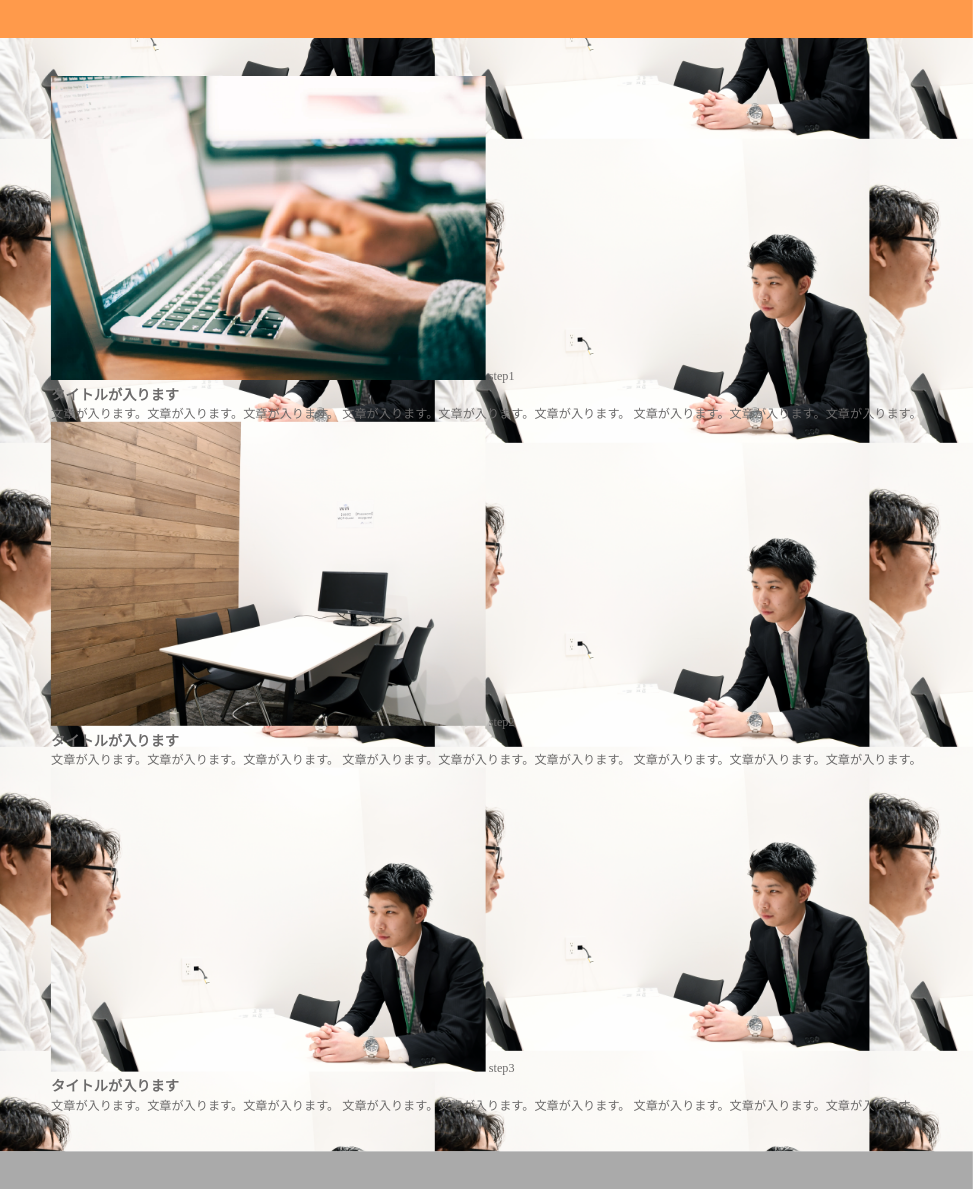
Repository: eyaonu/application2
Page: chapter9/answer9.html
The author's editor kept a record of every edit. The page is drawn from the files as they stood at one moment, then again after the next edit.
The browser window is 1280 px wide. The pictures show the whole page, at 76% of full size.

Above is the page before.

### chapter9/answer9.html
<!DOCTYPE html>
<html lang="ja">
  <head>
    <meta charset="UTF-8" />
    <!-- CSSファイルの読み込み -->
    <title>answer9</title>
    <link rel="stylesheet" href="style9.css" />
  </head>

  <body>
    <header></header>
    <main>
      <div claas="content-box">
      <div claas="step-box">
        <div class="step-img1"></div>
        <img claas="img" src="img/flow01.png" />
        <span class="step-num">step1</span>
        <h3 claas="title">タイトルが入ります</h3>
        <p class="text">
          文章が入ります。文章が入ります。文章が入ります。
          文章が入ります。文章が入ります。文章が入ります。
          文章が入ります。文章が入ります。文章が入ります。
        </p>
      </div>

      <div claas="step-box">
        <div class="step-img2"></div>
        <img claas="img" src="img/flow02.png" />
        <span claas="step-num">step2</span>
        <h3 claas="title">タイトルが入ります</h3>
        <p class="text">
          文章が入ります。文章が入ります。文章が入ります。
          文章が入ります。文章が入ります。文章が入ります。
          文章が入ります。文章が入ります。文章が入ります。
        </p>
      </div>

      <div claas="step-box">
        <div claas="step-img3"></div>
        <img claas="img" src="img/flow03.png" />
        <span class="step-num">step3</span>
        <div claas="step-box">
        <h3>タイトルが入ります</h3>
        <p class="text">
          文章が入ります。文章が入ります。文章が入ります。
          文章が入ります。文章が入ります。文章が入ります。
          文章が入ります。文章が入ります。文章が入ります。
        </p>
      </div>
    </main>
    <footer></footer>
  </body>
</html>

### chapter9/style9.css
* {
  margin: 0;
  padding: 0;
  box-sizing: border-box;
  color: #6c6b6b;
}


header {
  width: 100%;
  height: 50px;
  padding: 0;
  margin: 0 auto;
  background-color: #FF9A4B;
}

main {
  width: 100%;
  height: 100%;
  display: flex;
  background-image: url(img/flow01.png);
  background-image: url(img/flow02.png);
  background-image: url(img/flow03.png);
  justify-content: center;
  background-position: 0;
  margin: 0 auto;
  padding: 50px 50px;
}

footer {
  width: 100%;
  height: 50px;
  background-color: #AAAAAA;
}

After the next edit:
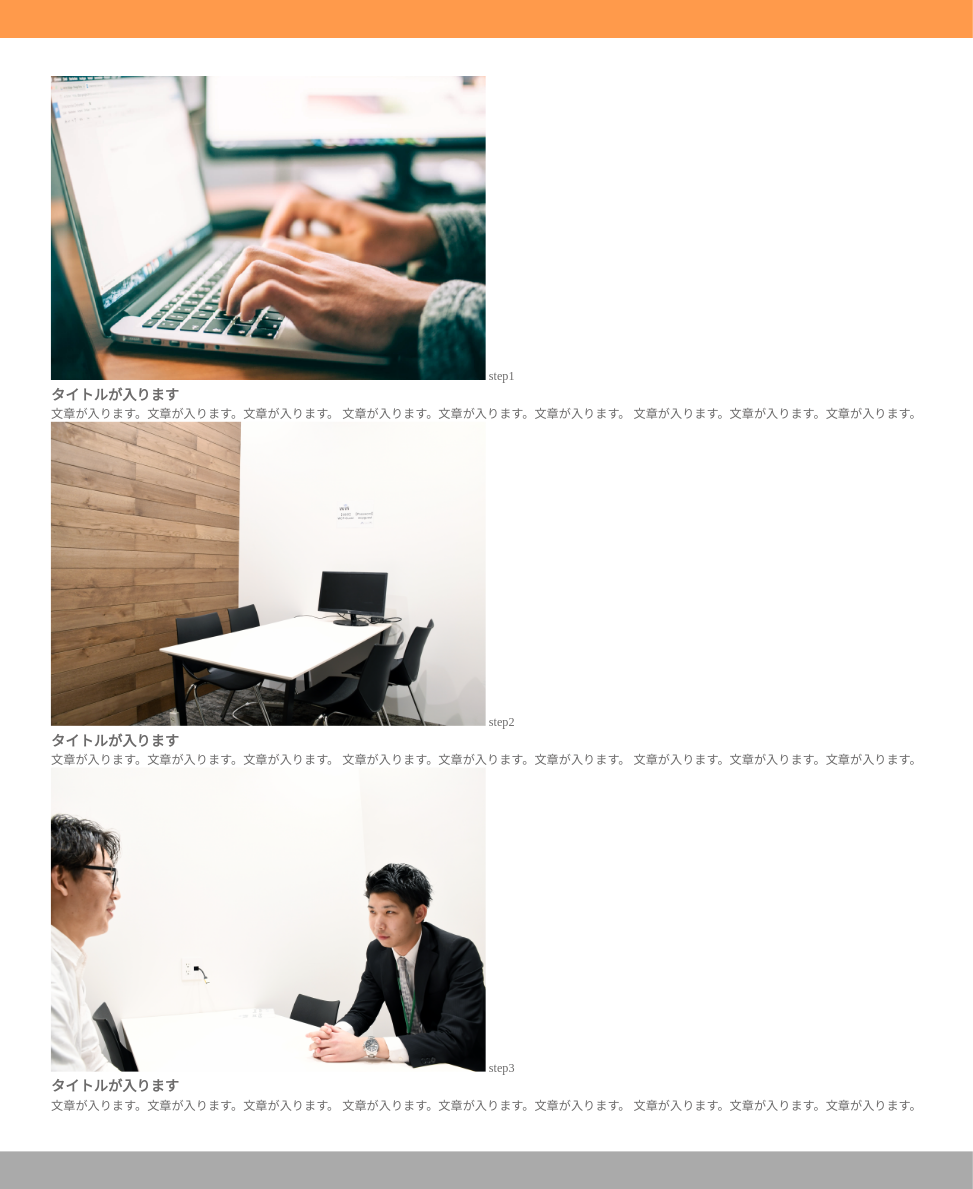
The edit:
--- a/chapter9/style9.css
+++ b/chapter9/style9.css
@@ -18,9 +18,7 @@
   width: 100%;
   height: 100%;
   display: flex;
-  background-image: url(img/flow01.png);
-  background-image: url(img/flow02.png);
-  background-image: url(img/flow03.png);
+
   justify-content: center;
   background-position: 0;
   margin: 0 auto;
